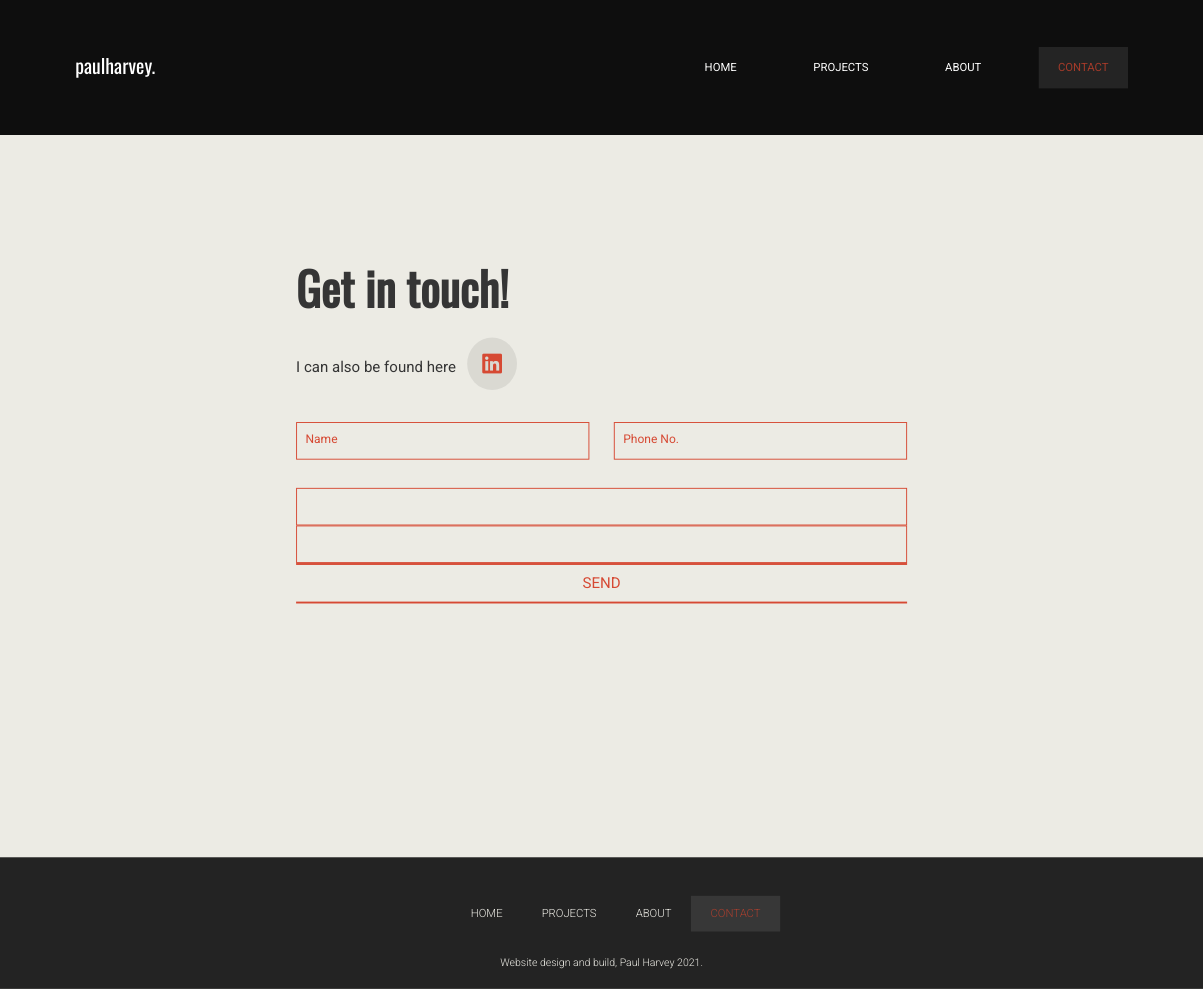
Repository: pavhns20/my-new-portfolio
Page: www/contact.html
The author's editor kept a copy of each file at every save. The page is drawn from the files as they stood at one save, then again after the next save.
The browser window is 1280 px wide. The pictures show the whole page, at 94% of full size.
Some web libraries are served in a nearby version.

Above is the page before, as saved 2022-01-11 10:33:45.
Console error: TypeError: Cannot read properties of null (reading 'addEventListener')

After the next save:
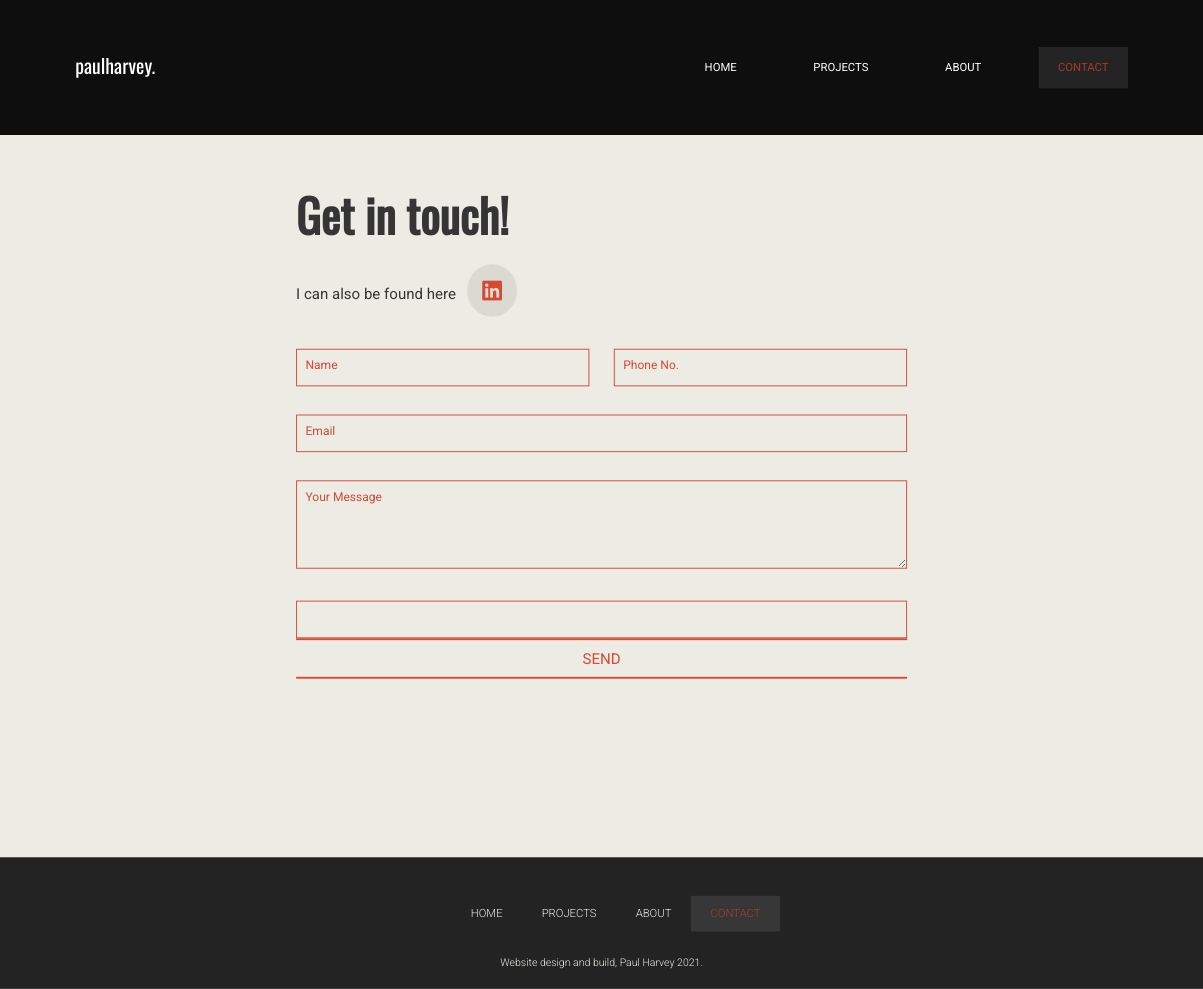
Saved 4 min 7 s later.
--- a/www/contact.html
+++ b/www/contact.html
@@ -93,27 +93,47 @@
 							<i class="fab fa-linkedin"></i></a
 					></span>
 					<br /><br />
-					<form action="https://formsubmit.co/paul.harvey1@gmail.com" method="POST">
-
-						<input type="hidden" name="_next" value="https://paulharveydesign.com/thankyou.html">
-
-				<div class= "row">
-					<div class="input-group">
-						<input type="text" id="name" name="name" required>
-						<label for="name">Name</label>
-					</div>
-					<div class="input-group">
-						<input type="text" id="number" name="number" required />
-						<label for="number">Phone No.</label>
-					</div>
-				</div>
-
+					<form
+						action="https://formsubmit.co/paul.harvey1@gmail.com"
+						method="POST"
+					>
+						<input
+							type="hidden"
+							name="_next"
+							value="https://paulharveydesign.com/thankyou.html"
+						/>
+
+						<div class="row">
+							<div class="input-group">
+								<input type="text" id="name" name="name" required />
+								<label for="name">Name</label>
+							</div>
+							<div class="input-group">
+								<input type="text" id="number" name="number" required />
+								<label for="number">Phone No.</label>
+							</div>
+						</div>
+
+						<div class="input-group">
+							<input type="email" id="email" name="email" required />
+							<label for="email">Email</label>
+						</div>
+						<div class="input-group">
+							<textarea
+								id="message"
+								cols="1"
+								rows="4"
+								name="message"
+								required
+							></textarea>
+							<label for="message">Your Message</label>
+						</div>
 						<!-- <input type="text"  name="name" required>
 						<label for="name">Name</label> -->
-						<input type="email" name="email" required>
-						<input type="textarea" name="textarea" required>
+						<!-- <input type="email" name="email" required> -->
+						<input type="textarea" name="textarea" required />
 						<button type="submit" class="view-btn" id="big-btn">SEND</button>
-			 </form>
+					</form>
 					<!-- <form
 						action="https://formsubmit.co/paulharvey1@gmail.com"
 						method="POST"
@@ -145,8 +165,8 @@
 							<textarea id="message" cols="1" rows="4" name="message" required></textarea>
 							<label for="message">Your Message</label>
 						</div> -->
-						<!-- <button type="submit">SUBMIT</button> -->
-					</form>
+					<!-- <button type="submit">SUBMIT</button> -->
+					<!-- </form> -->
 
 					<!-- <a class="view-btn" href="contact.html">GET IN TOUCH</a> -->
 					<!-- <button type="submit" class="view-btn" id="big-btn">SEND</button> -->
